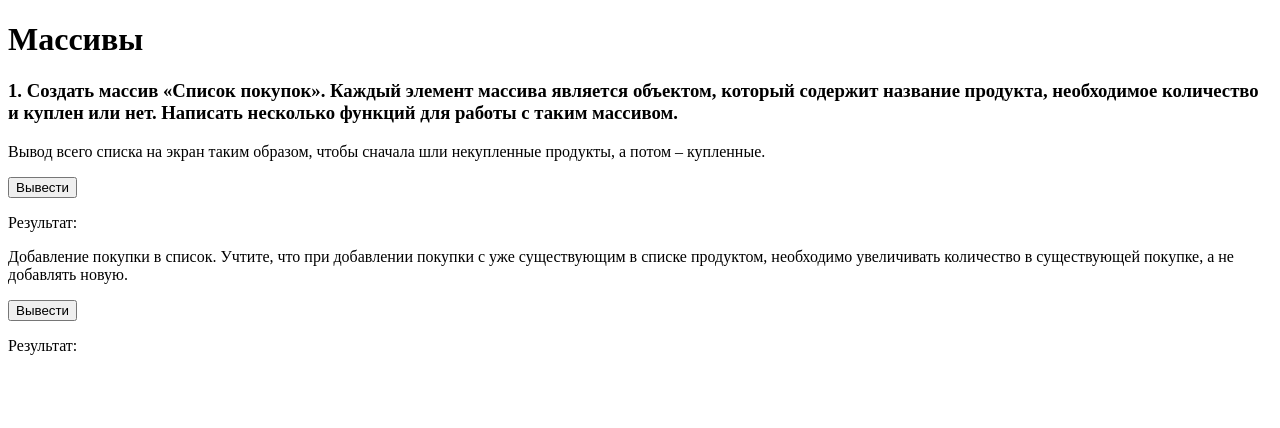
Repository: NastyaGavrilova/Beetroot-js
Page: HW5/index.html
The author's editor kept a copy of each file at every save. The page is drawn from the files as they stood at one save, then again after the next save.
The browser window is 1280 px wide. The pictures show the whole page.

Above is the page before, as saved 2021-10-21 14:39:56.

After the next save:
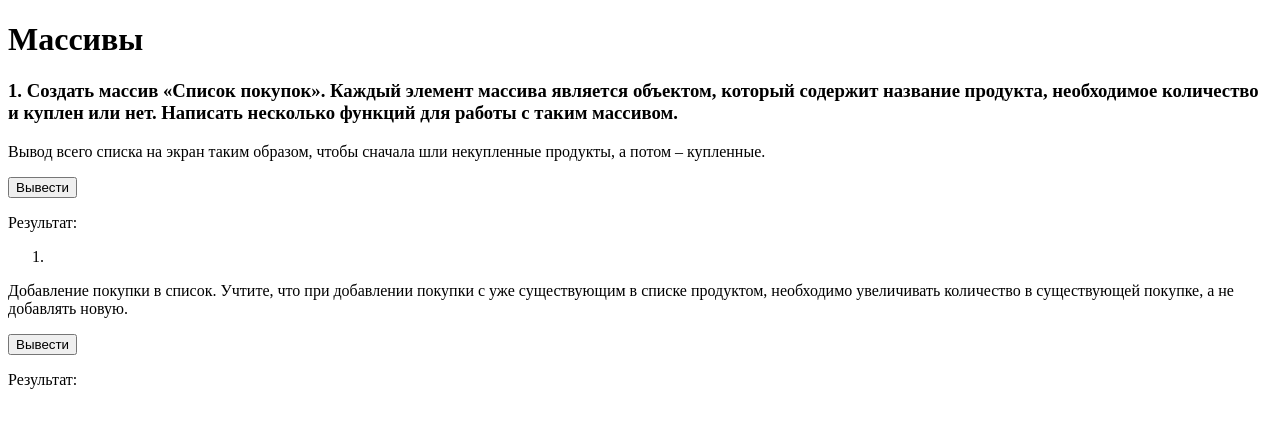
Saved 8 s later.
--- a/HW5/index.html
+++ b/HW5/index.html
@@ -22,7 +22,9 @@
         </p>
         <button id="js-task1-btn1">Вывести</button>
         <p class="paragraph">Результат:</p>
-        <ol></ol>
+        <ol>
+          <li></li>
+        </ol>
         <p class="paragraph">
           Добавление покупки в список. Учтите, что при добавлении покупки с уже
           существующим в списке продуктом, необходимо увеличивать количество в

After the save that followed:
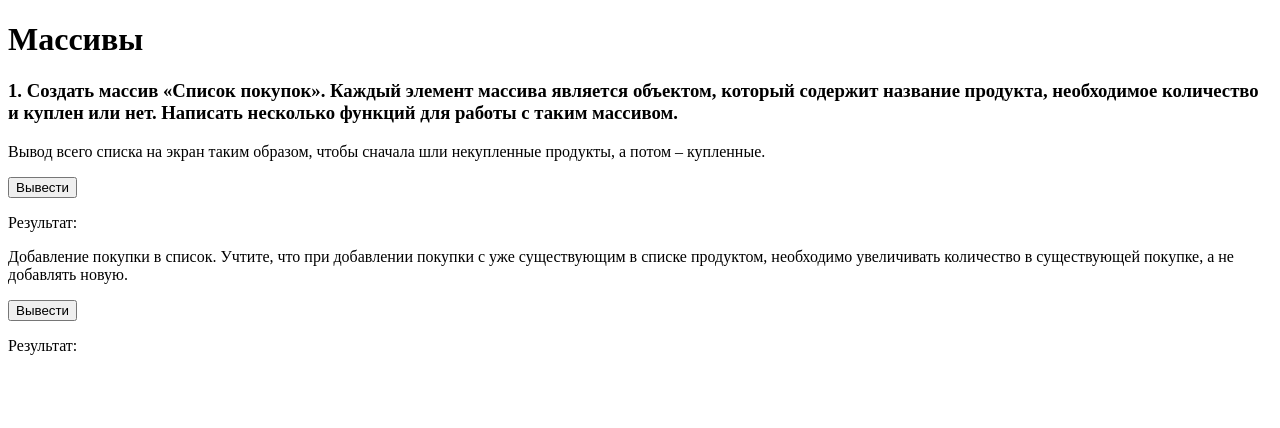
Saved 101 s later.
--- a/HW5/index.html
+++ b/HW5/index.html
@@ -21,10 +21,7 @@
           некупленные продукты, а потом – купленные.
         </p>
         <button id="js-task1-btn1">Вывести</button>
-        <p class="paragraph">Результат:</p>
-        <ol>
-          <li></li>
-        </ol>
+        <p class="paragraph">Результат: <span id="js-task1-span1"></span></p>
         <p class="paragraph">
           Добавление покупки в список. Учтите, что при добавлении покупки с уже
           существующим в списке продуктом, необходимо увеличивать количество в
